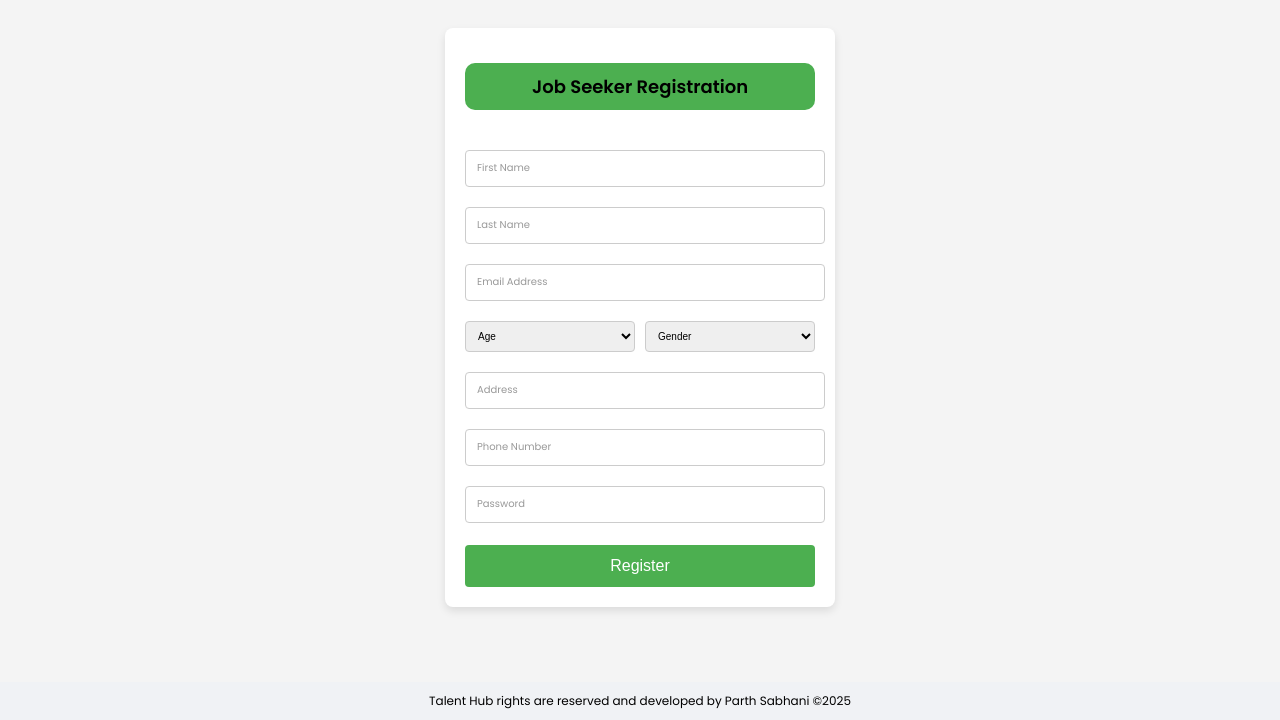
Repository: parthsabhani/Job_Portal_JSP_Servlet
Page: http://localhost/Job_Portal/userRegistration.jsp
The author's editor kept a copy of each file at every save. The page is drawn from the files as they stood at one save, then again after the next save.
The browser window is 1280 px wide. The pictures show the whole page.
The page is served by Tomcat 10. Other server files are loaded and not shown.

Above is the page before, as saved 2025-04-23 04:02:24.

### Job_Portal/src/main/webapp/userRegistration.jsp
<%@ page language="java" contentType="text/html; charset=UTF-8"
	pageEncoding="UTF-8"%>
<!DOCTYPE html>
<html lang="en">
<head>
<meta charset="UTF-8">
<meta name="viewport" content="width=device-width, initial-scale=1.0">
<title>Job Seeker Registration</title>

<!-- Import Poppins font -->
<link
	href="https://fonts.googleapis.com/css2?family=Poppins:wght@400;600&display=swap"
	rel="stylesheet">

<!-- Internal CSS -->
<style>
body {
	font-family: 'Poppins', sans-serif;
	background-color: #f4f4f4;
	display: flex;
	justify-content: center;
	align-items: center;
	height: 100%;
}

.registration-container {
	background-color: white;
	padding: 20px;
	margin: 20px;
	border-radius: 8px;
	box-shadow: 0 4px 8px rgba(0, 0, 0, 0.1);
	width: 100%;
	font-size: 12px;
	max-width: 350px;
}

h2 {
	text-align: center;
	background-color: #4CAF50;
	padding: 10px;
	border-radius: 10px;
	margin-bottom: 40px;
}

h2:hover {
	color: white;
}

form {
	display: flex;
	flex-direction: column;
}

.input-container {
	position: relative;
	margin-bottom: 20px;
}

input {
	padding: 12px 4px;
	margin: 0;
	border: 1px solid #ccc;
	border-radius: 4px;
	font-size: 10px;
	width: 100%;
	background-color: #fff; /* Keep the input background white */
	z-index: 1; /* Ensure the input stays behind the label */
}

input:focus {
	border-color: #4d90fe;
	outline: none;
}

/* Floating label */
input:focus+label, input:not(:placeholder-shown)+label {
	font-size: 10px;
	color: #4d90fe;
	top: -9px; /* Adjusted to align with the upper edge of the text */
}

label {
	position: absolute;
	top: 10px; /* Slightly adjusted to align with the text */
	left: 8px;
	font-size: 10px;
	transition: all 0.2s ease;
	color: #999;
	pointer-events: none;
	z-index: 2; /* Ensure the label stays above the input */
	background-color: #fff; /* To avoid background showing through */
	padding: 0 4px;
	/* Add some padding to avoid label overlapping input edges */
}

.submit-btn {
	background-color: #4CAF50;
	color: white;
	padding: 12px;
	border: none;
	border-radius: 4px;
	font-size: 16px;
	cursor: pointer;
}

.submit-btn:hover {
	background-color: #45a049;
	color: black;
}

.error {
	color: red;
	font-size: 12px;
	margin-top: -10px; text-align : center;
	margin-bottom: 12px;
	text-align: center;
}
</style>
</head>
<body>

	<div class="registration-container">
		<h2>Job Seeker Registration</h2>
		<form action="UserController" method="post" id="registrationForm">

			<!-- Full Name Field -->
			<div class="input-container">
				<input type="text" id="firstName" name="firstName" placeholder=" "
					required> <label for="firstName">First Name</label>
			</div>

			<!-- Last Name Field -->
			<div class="input-container">
				<input type="text" id="lastName" name="lastName" placeholder=" "
					required> <label for="lastName">Last Name</label>
			</div>

			<!-- Email Field -->
			<div class="input-container">
				<input type="email" id="email" name="email" placeholder=" " required>
				<label for="email">Email Address</label>
			</div>

			<!-- Age & Gender Fields -->
			<div
				style="display: flex; justify-content: space-between; gap: 10px; margin-bottom: 20px;">
				<!-- Age Dropdown -->
				<div style="flex: 1;">
					<select name="age" id="age" required
						style="width: 100%; padding: 8px; border-radius: 4px; border: 1px solid #ccc; font-size: 10px;">
						<option value="" disabled selected hidden>Age</option>
						<%
						for (int i = 18; i <= 50; i++) {
						%>
						<option value="<%=i%>"><%=i%></option>
						<%
						}
						%>
					</select>
				</div>

				<!-- Gender Dropdown -->
				<div style="flex: 1;">
					<select name="gender" id="gender" required
						style="width: 100%; padding: 8px; border-radius: 4px; border: 1px solid #ccc; font-size: 10px;">
						<option value="" disabled selected hidden>Gender</option>
						<option value="Male">Male</option>
						<option value="Female">Female</option>
						<option value="Other">Other</option>
					</select>
				</div>
			</div>

			<!-- Address Field -->
			<div class="input-container">
				<input type="text" id="address" name="address" placeholder=" ">
				<label for="address">Address</label>
			</div>

			<!-- Phone Number Field -->
			<div class="input-container">
				<input type="tel" id="phone" name="phone" placeholder=" " required>
				<label for="phone">Phone Number</label>
			</div>

			<!-- Password Field -->
			<div class="input-container">
				<input type="password" id="password" name="password" placeholder=" "
					required> <label for="password">Password</label>
			</div>

			<div id="errorMessages" class="error">
				${ error }
			</div>

			<button type="submit" class="submit-btn" name="value" value="register">Register</button>

		</form>
	</div>


	<!-- Footer Start -->
	<%
    	request.setAttribute("footerStyle", "position: fixed; bottom: 0; width: 100%; padding: 10px 0; background-color: #f0f2f5; color: #000000; text-align: center; font-size: 12px; font-family: 'Poppins', sans-serif;");
	%>
	<jsp:include page="footer.jsp" />
	<!-- Footer End -->
</body>
</html>

### Job_Portal/src/main/webapp/footer.jsp
<%@ page language="java" contentType="text/html; charset=UTF-8"
    pageEncoding="UTF-8"%>
<!DOCTYPE html>
<html>
<head>
<meta charset="UTF-8">
<title>Insert title here</title>
</head>
<body>
<%
    String footerStyle = (String) request.getAttribute("footerStyle");
    if (footerStyle == null) {
        footerStyle = "position: fixed; bottom: 0; width: 100%; padding: 8px 0; background-color: #000; color: white; text-align: center; font-size: 12px; font-family: 'Poppins', sans-serif;";
    }
%>
<footer style="<%= footerStyle %>">
    Talent Hub rights are reserved and developed by Parth Sabhani ©2025
</footer>
</body>
</html>

After the next save:
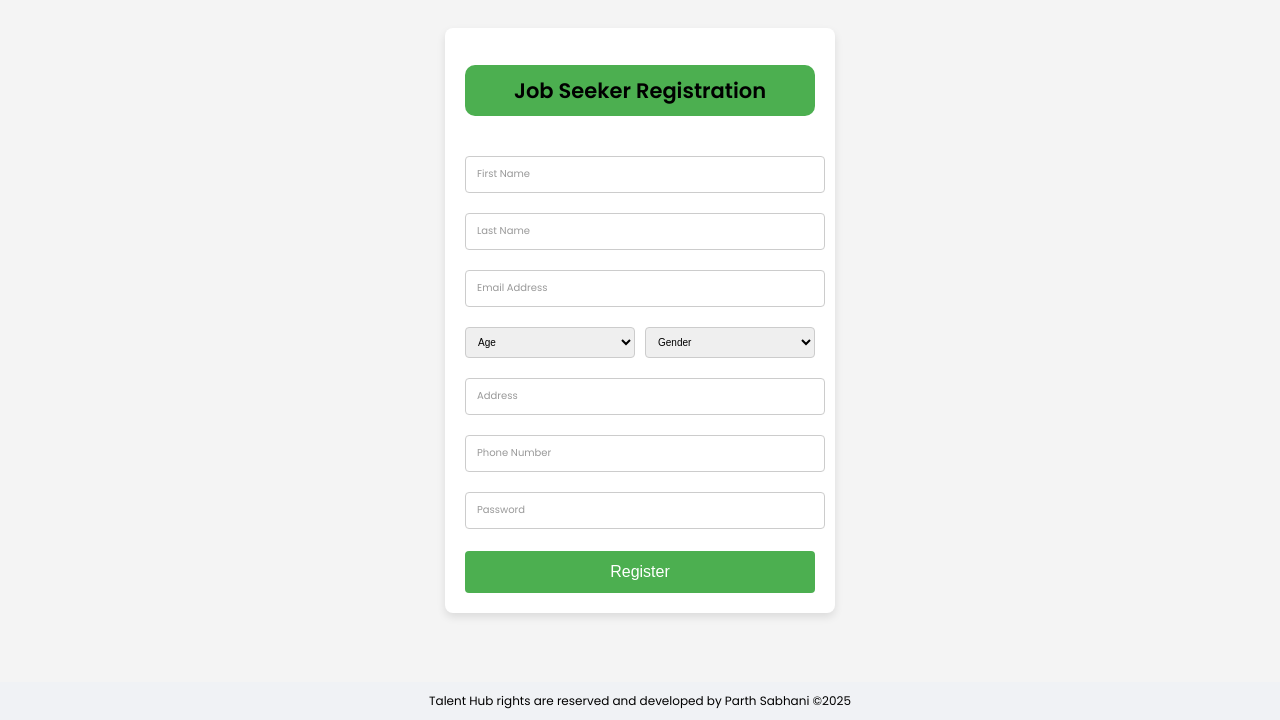
Saved 22 s later.
--- a/Job_Portal/src/main/webapp/userRegistration.jsp
+++ b/Job_Portal/src/main/webapp/userRegistration.jsp
@@ -30,7 +30,7 @@ body {
 	border-radius: 8px;
 	box-shadow: 0 4px 8px rgba(0, 0, 0, 0.1);
 	width: 100%;
-	font-size: 12px;
+	font-size: 14px;
 	max-width: 350px;
 }
 
